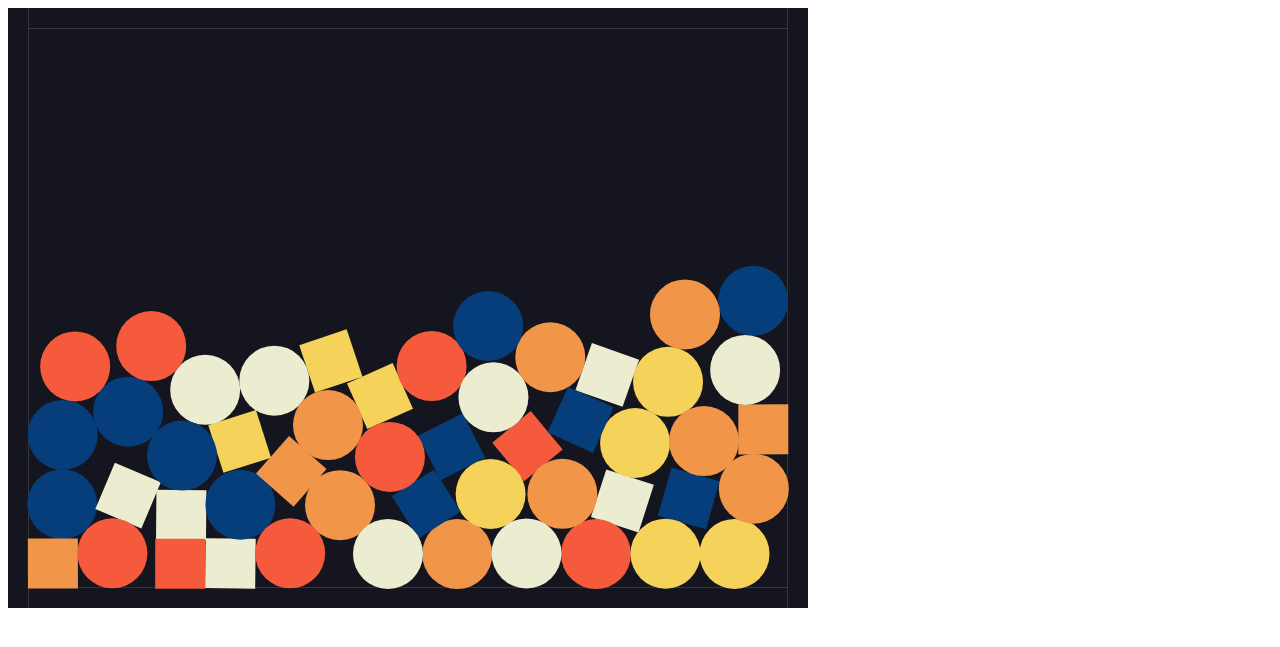
Repository: zhapar/JS-Bootcamp
Page: 3. Maze/index.html
An editor plug-in stored every save of this project. The page is shown before and after the next save, followed by the edit.
The browser window is 1280 px wide. The pictures show the whole page.
Some web libraries are served in a nearby version.

Above is the page before, as saved 2020-07-12 18:49:56.

After the next save:
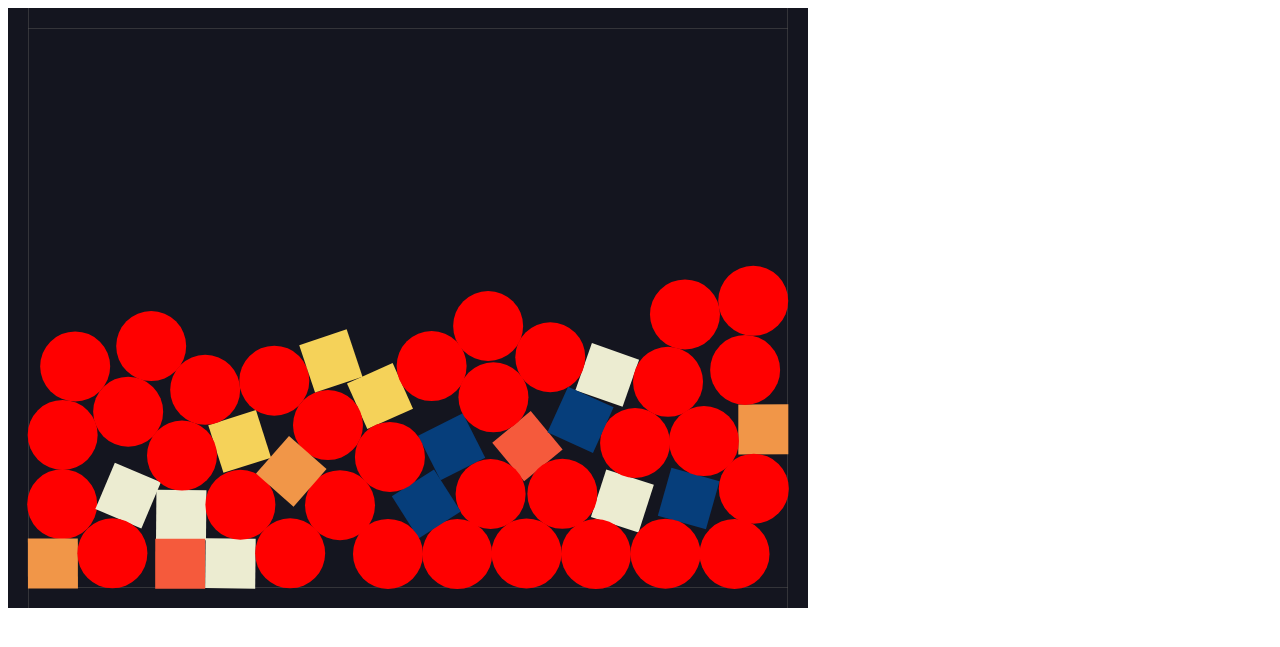
Saved 2 min 2 s later.
--- a/3. Maze/app.js
+++ b/3. Maze/app.js
@@ -52,7 +52,11 @@ for (let i = 0; i < 50; i++) {
   } else {
     World.add(
       world,
-      Bodies.circle(Math.random() * width, Math.random() * height, 35)
+      Bodies.circle(Math.random() * width, Math.random() * height, 35, {
+        render: {
+          fillStyle: "red",
+        },
+      })
     );
   }
 }
